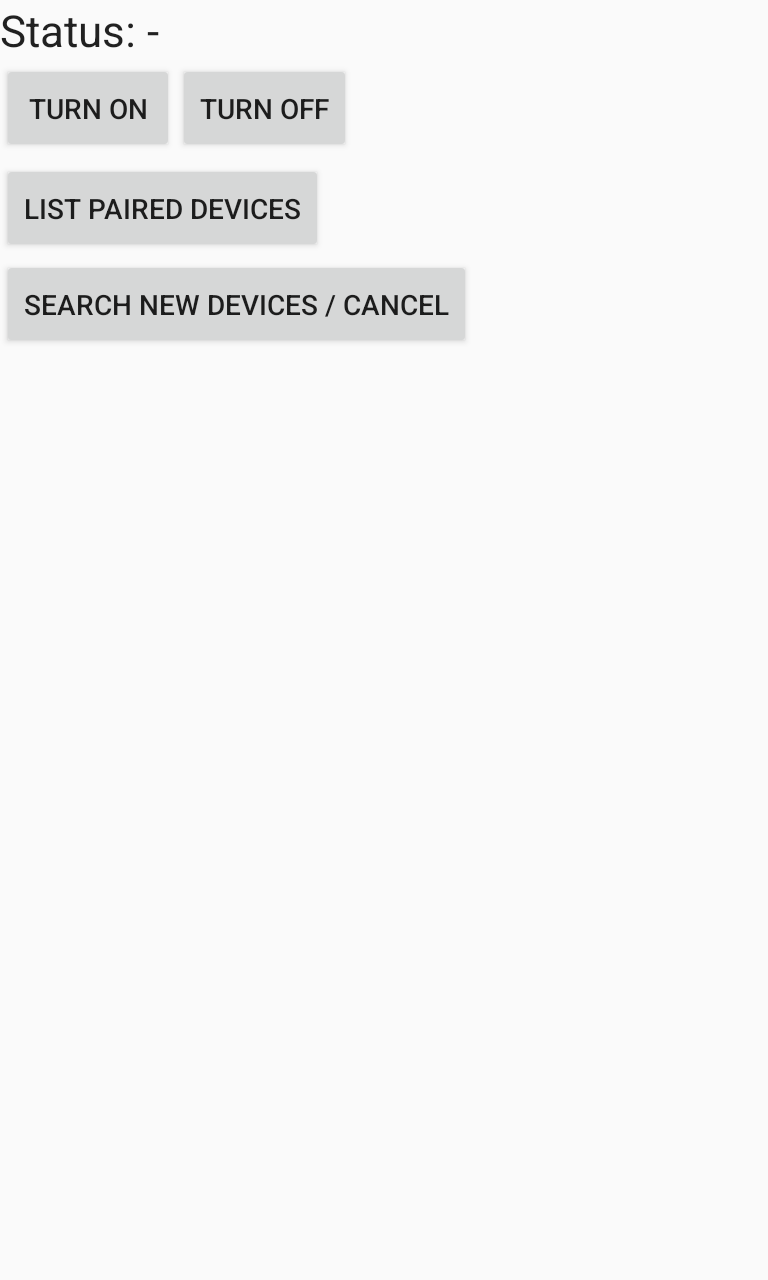
Repository: maayanGitHub/dont4getme
Layout: Dont4getMe/res/layout/activity_main.xml
The author's editor kept a copy of each file at every save. The layout is drawn from the files as they stood at one save, then again after the next save.
It is drawn on a 768 x 1280 px phone screen (xhdpi) without system bars, with theme AppTheme; the app's code is not run. Lists and similar views that code fills are empty.

Above is the layout before, as saved 2014-03-19 09:35:52.

After the next save:
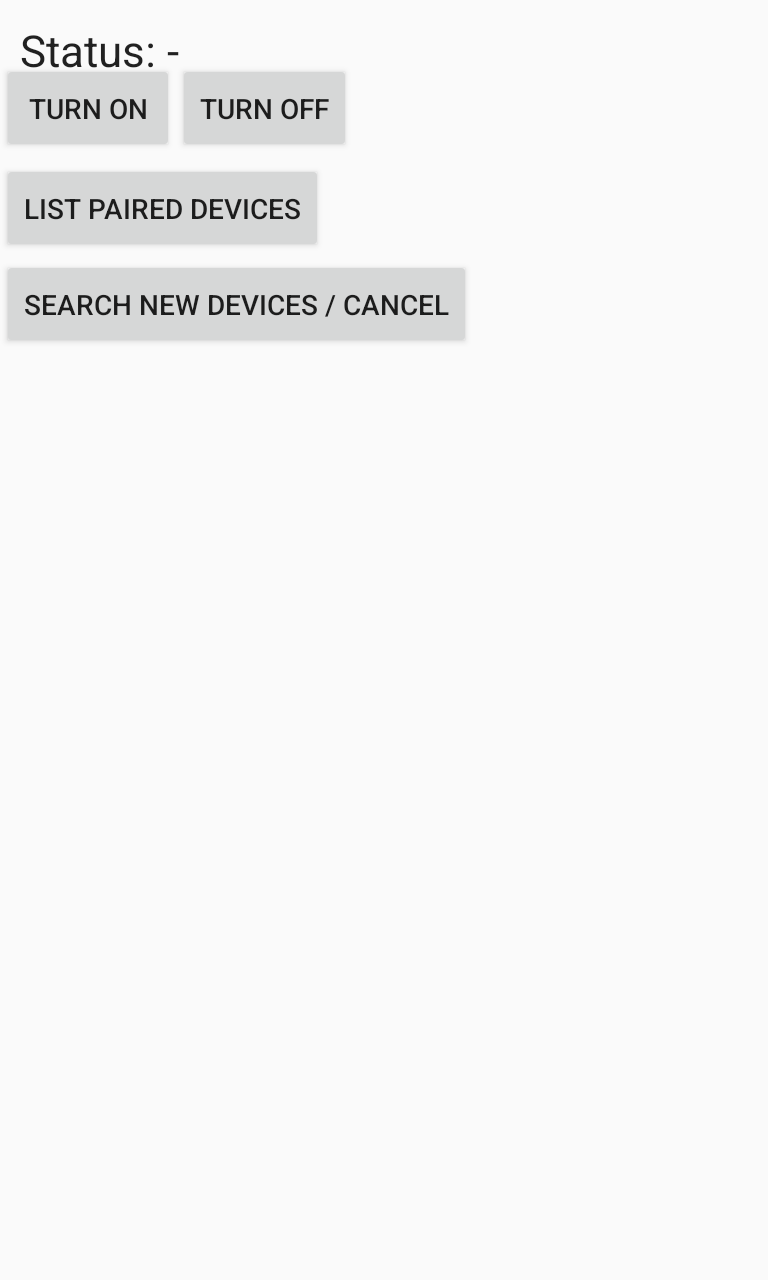
Saved 101 min 53 s later.
--- a/Dont4getMe/res/layout/activity_main.xml
+++ b/Dont4getMe/res/layout/activity_main.xml
@@ -9,7 +9,8 @@
        android:layout_width="wrap_content"
        android:layout_height="wrap_content"
        android:textAppearance="?android:attr/textAppearanceLarge"
-       android:text="@string/Text" />
+       android:text="@string/Text"
+       android:padding="10dip" />
 
    <LinearLayout
       android:layout_width="match_parent"
